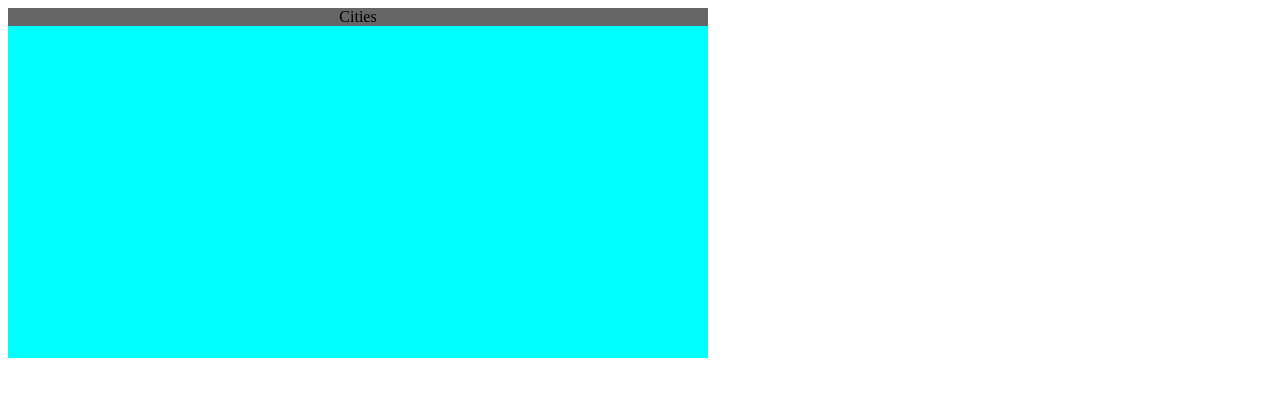
Repository: LongNguyen2504/T3H-FrondEnd
Page: Lesson3_CSS_HomeWork1.html
These files come from the project's save history. The page is drawn as it stood at one moment and after the next save; the edit follows.
The browser window is 1280 px wide. The pictures show the whole page.

Above is the page before, as saved 2021-12-01 17:18:13.

After the next save:
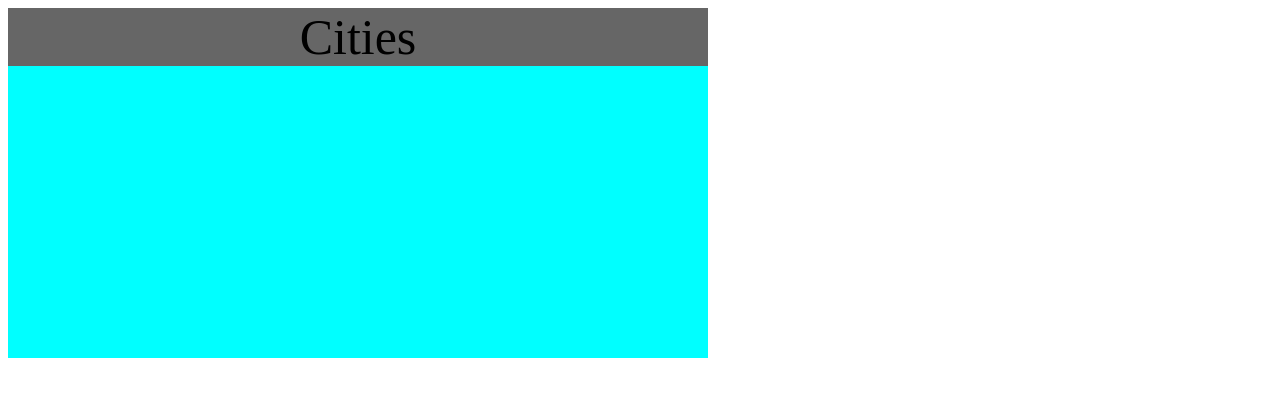
Saved 24 s later.
--- a/Lesson3_CSS_HomeWork1.html
+++ b/Lesson3_CSS_HomeWork1.html
@@ -8,7 +8,7 @@
 </head>
 <body>
     <div class="ancestor-div" style="background-color: aqua; width: 700px; height: 350px;font-family: 'Times New Roman', Times, serif;">
-        <div class="city-div"  style="background-color: #666666;text-align: center;">
+        <div class="city-div"  style="background-color: #666666;text-align: center;font-size: 50px;">
             Cities
         </div>
     </div>
